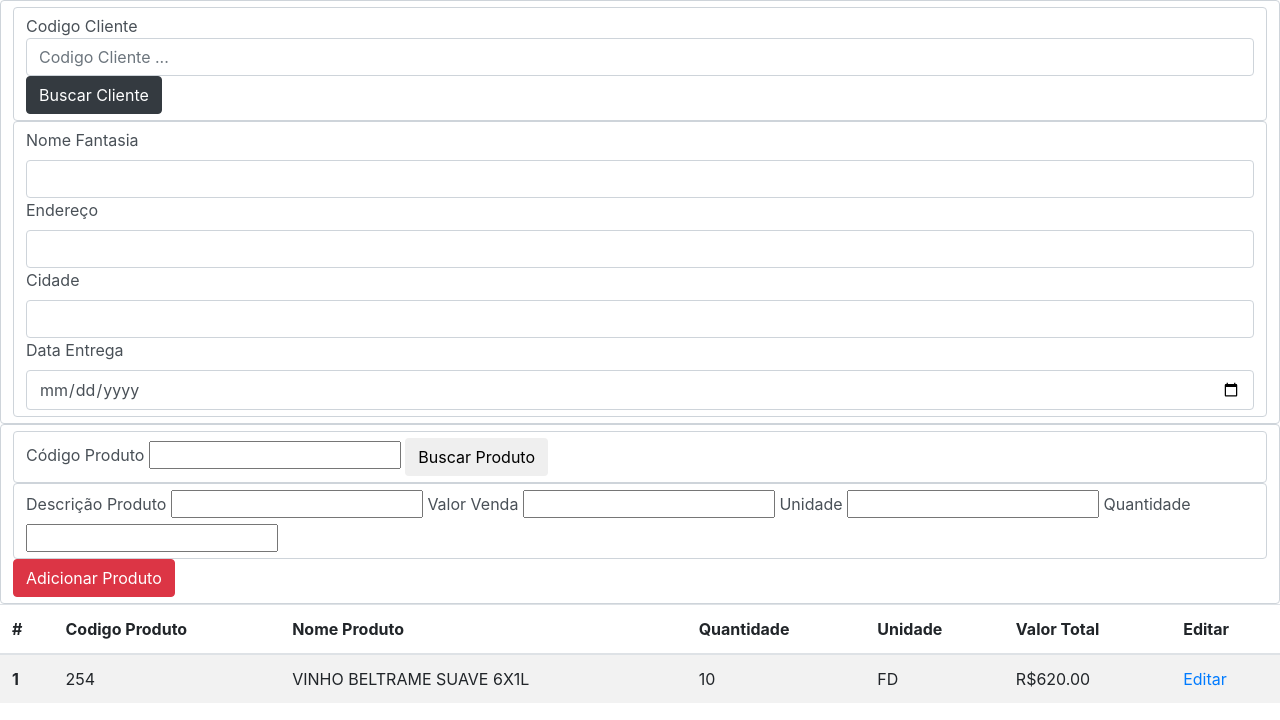
Repository: RobertoAntunes35/controle-estoque
Page: backend/templates/paginaGeracaoPedidos.html
An editor plug-in stored every save of this project. The page is shown before and after the next save, followed by the edit.
The browser window is 1280 px wide. The pictures show the whole page.
Some web libraries are served in a nearby version. The template is drawn by Flask 3. The application's start-up code is not run. The template is opened directly, without the code that normally fills it, so the values that code supplies are empty.

Above is the page before, as saved 2023-06-06 10:54:44.

After the next save:
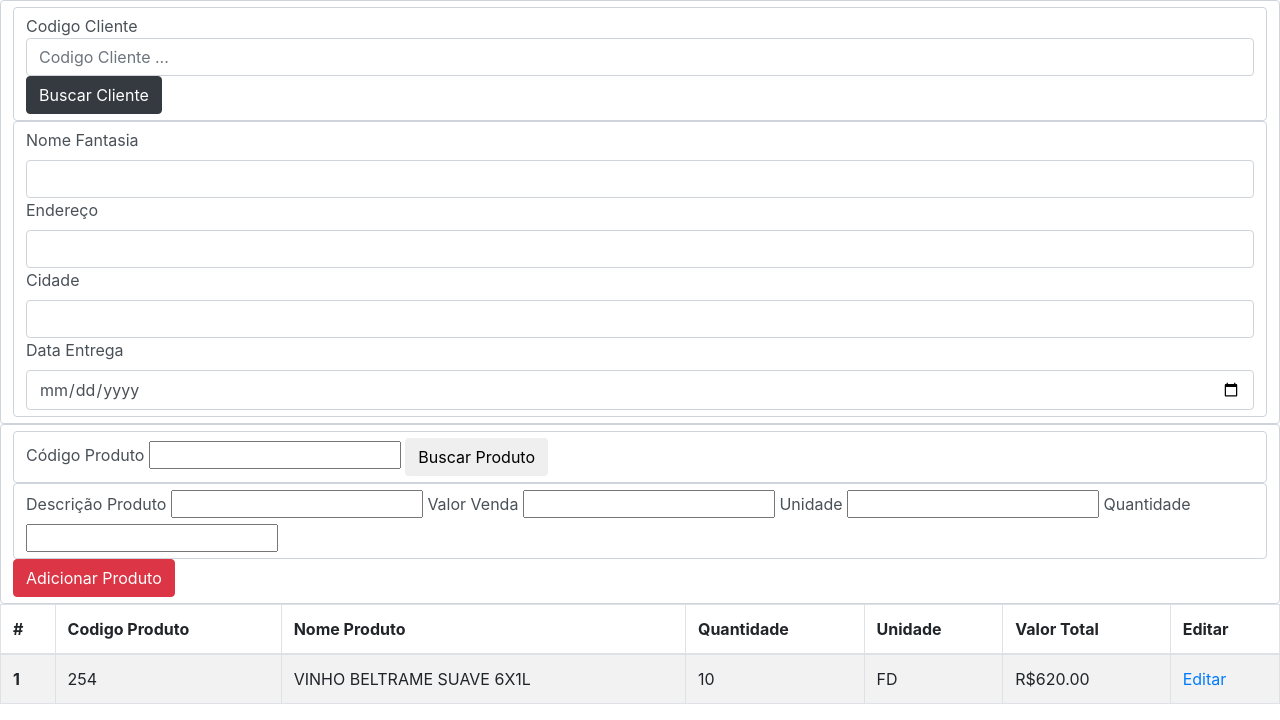
Saved 18 s later.
--- a/backend/templates/paginaGeracaoPedidos.html
+++ b/backend/templates/paginaGeracaoPedidos.html
@@ -50,7 +50,7 @@
                 </div>
 
 
-                <table class="table table-striped">
+                <table class="table table-striped table-bordered">
                     <thead>
                         <tr>
                             <th scope="col">#</th>

After the save that followed:
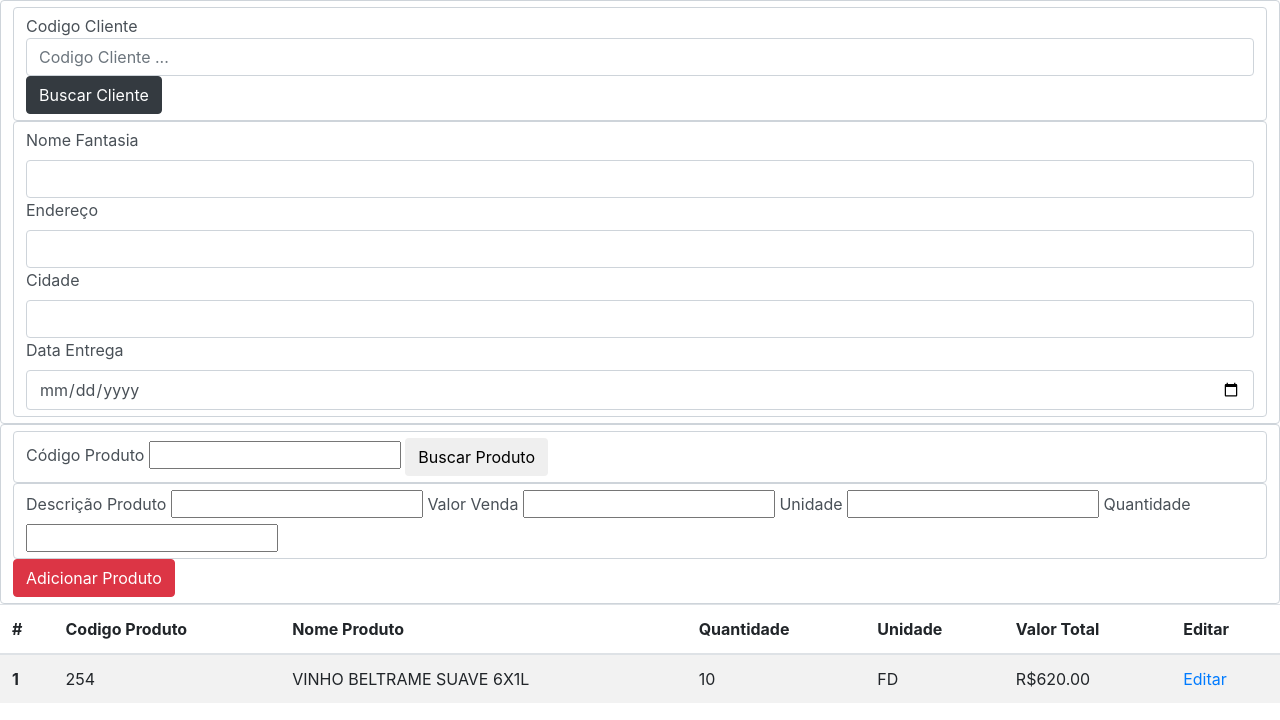
Saved 7 s later.
--- a/backend/templates/paginaGeracaoPedidos.html
+++ b/backend/templates/paginaGeracaoPedidos.html
@@ -50,7 +50,7 @@
                 </div>
 
 
-                <table class="table table-striped table-bordered">
+                <table class="table table-striped table-borderless">
                     <thead>
                         <tr>
                             <th scope="col">#</th>
